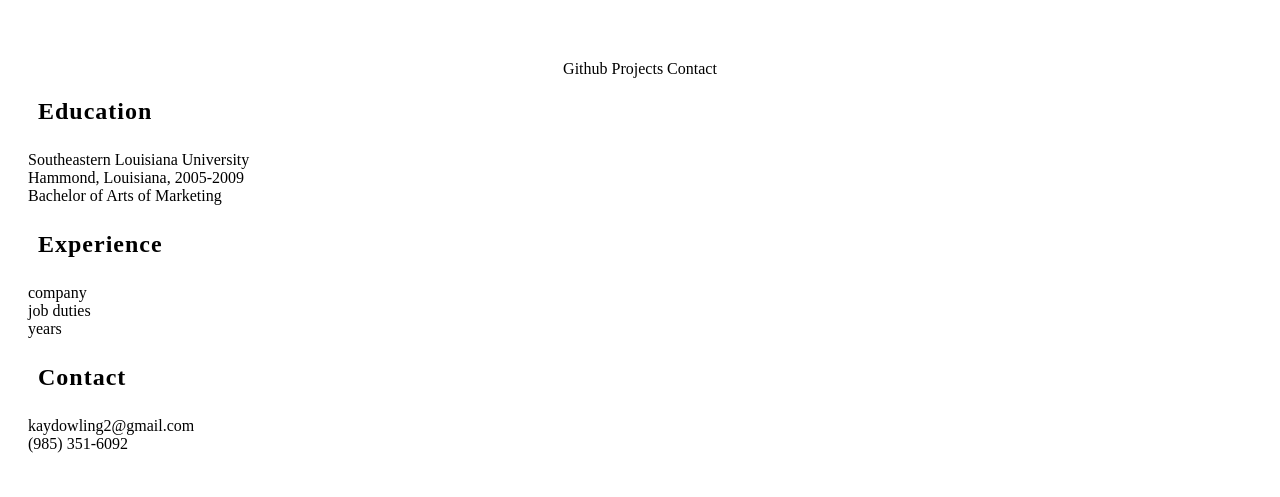
Repository: kayladowling/jekyll_website
Page: index.html
The author's editor kept a record of every edit. The page is drawn from the files as they stood at one moment, then again after the next edit.
The browser window is 1280 px wide. The pictures show the part of the page from y = 385 to 962 px (the page is 882 px tall before and 962 px after).

Above is the page before.

### index.html
<!DOCTYPE html>
<html>
  <head> <title>Kayla Dowling</title>
  <link href="css/home.css" type="text/css" rel="stylesheet"/>
  </head>


  <body>
 <div class ="wrapper">

   <header> <!-- Start of header -->
   <h1>Kayla Dowling</h1>
    </header>  <!-- end of header -->
   <nav> <!-- Start of nav -->
  <ul>
      <li><a href="https://github.com/kayladowling" id="github">Github</a></li>
      <li><a href="projects.html" id="projects">Projects</a></li>
      <li>Contact</li>
  </ul>
  </nav> <!-- end of nav -->



  <section class="education"> <!-- start of education section -->
    <h2>Education</h2>
<p>Southeastern Louisiana University </br>
  Hammond, Louisiana, 2005-2009 </br>
 Bachelor of Arts of Marketing </p>
 </section> <!-- end of education section -->

 <section class="experience"> <!-- start of eperience -->
  <h2>Experience</h2>

  <p>company </br>
  job duties </br>
  years</p>
  </section> <!-- end of eperience -->

 <section class="contact"> <!-- start of contact -->
 <h2>Contact</h3>
 <p> kaydowling2@gmail.com </br>
 (985) 351-6092</p>

 </section> <!-- end of contact -->

 <footer>
     <!-- add footer content-->
 </footer>
  </div> <!-- end of wrapper -->
 </body>
</html>

### css/home.css

body {
   padding: 20px;
   background: white;
}

header {
    background-color: black;
    background-image: url("https://download.unsplash.com/photo-1421757295538-9c80958e75b0");
    padding: 150px 0px 150px 0px;
    background-position: 60% 50%;
    background-repeat: no-repeat;
    margin-bottom: 50px;

}

header h1 {
    letter-spacing: 5px;
    text-align: center;
    background-color: #E3EFF0;
    padding: 10px;
    margin: 0;
    color: black;
}

h2 {
    background-color: white;
    letter-spacing: 1px;
    color: black;
    padding: 10px;
    margin:0;

}

p {
    color: black;

}

nav ul {
    background: white;
    color: black;
    text-align: center;
    margin: 0px;
    padding: 10px 5px 10px 5px;
}

nav li {
    display:inline;
    background: white;
    color: black;
    text-align: center;

}

a {
    text-decoration: none;
    color: black;
    background: white;
    text-align: left;
}

.maincontent {
    background: #E3EFF0;
    padding: 40px;
}



#github {
    color: black;
    text-align: left;
}

After the next edit:
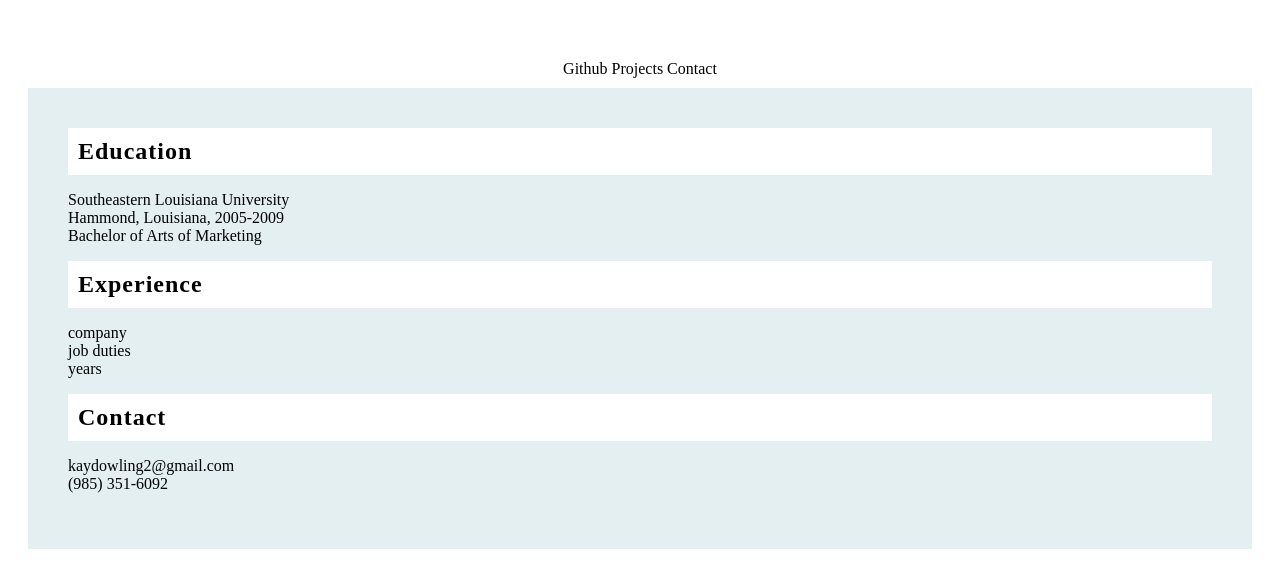
The edit:
--- a/index.html
+++ b/index.html
@@ -20,7 +20,7 @@
   </nav> <!-- end of nav -->
 
 
-
+ <div class = "maincontent">
   <section class="education"> <!-- start of education section -->
     <h2>Education</h2>
 <p>Southeastern Louisiana University </br>
